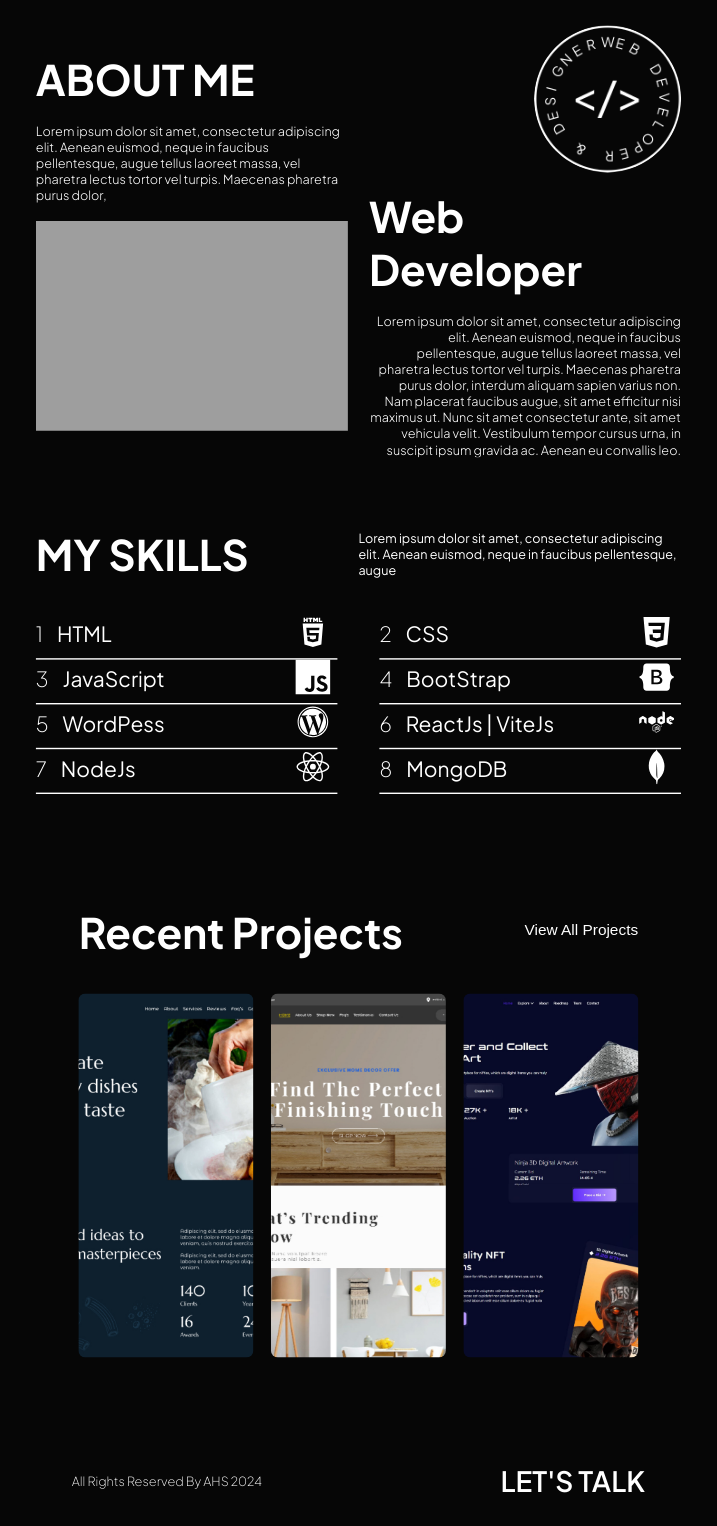
Repository: AliHassan02-Dev/PORTFOLIO
Page: / (app in Front-end/)
These files come from the project's save history. The page is drawn as it stood at one moment and after the next save; the edit follows.
The browser window is 1024 px wide. The pictures show the part of the page from y = 1156 to 3396 px (the page is 3336 px tall before and 3396 px after), at 70% of full size.
Pictures or frames that could not be fetched are drawn as grey boxes. The project was rebuilt for these pictures with package versions that can differ from the ones it lists, and the page was loaded fresh each time. Also part of the build but not shown: Front-end/vite.config.js, Front-end/src/Pages/Projects.jsx, Front-end/src/Pages/AllProjects.jsx, Front-end/src/Components/ProjectPreview.jsx.

Above is the page before, as saved 2024-08-24 07:36:11.

After the next save:
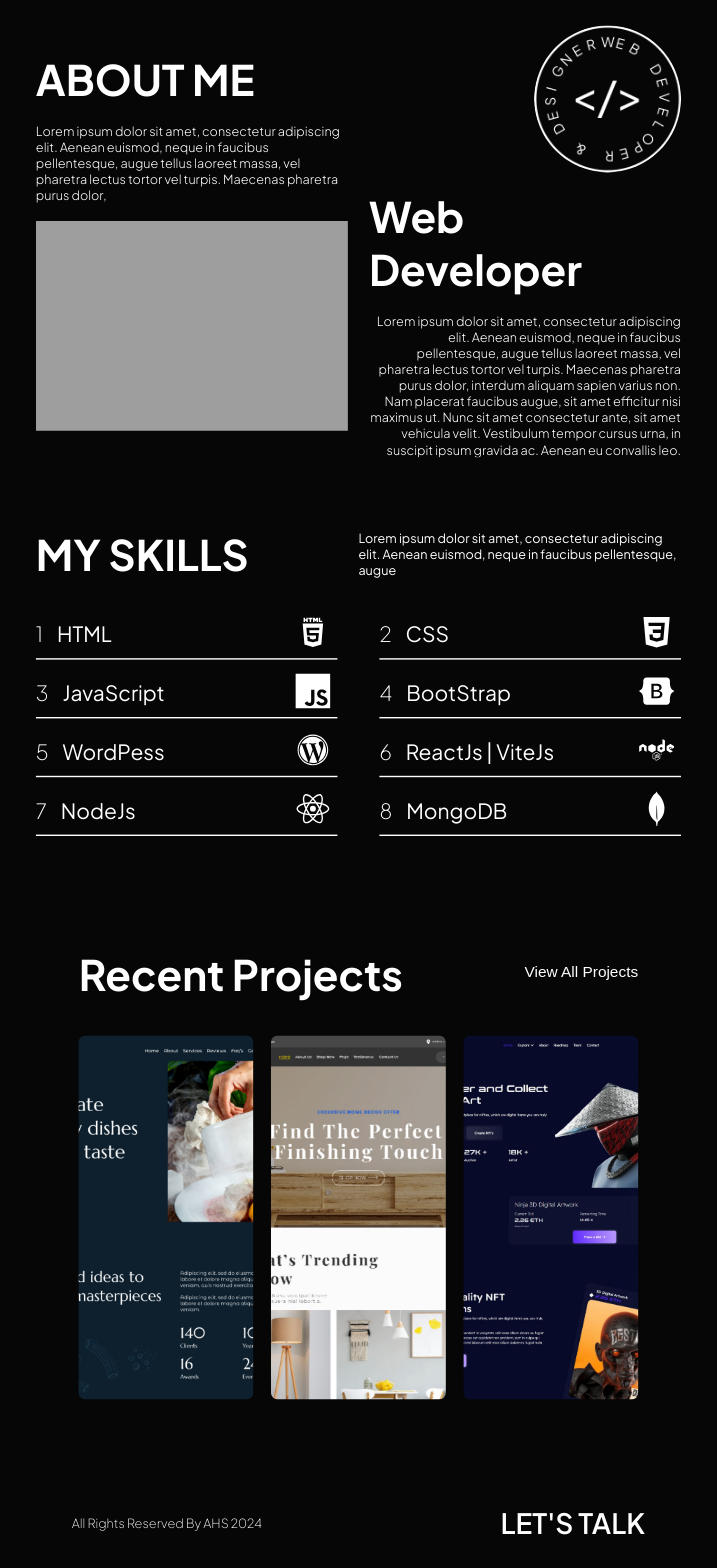
Saved 38 s later.
--- a/Front-end/src/App.css
+++ b/Front-end/src/App.css
@@ -489,7 +489,7 @@ body {
     display: grid;
     grid-template-columns: 1fr 1fr;
     grid-template-rows: auto auto auto auto;
-    gap: 0px 60px;
+    gap: 20px 60px;
   }
   .mainWrapper .skillsContainer .bottom .skillBar {
     width: 100%;
